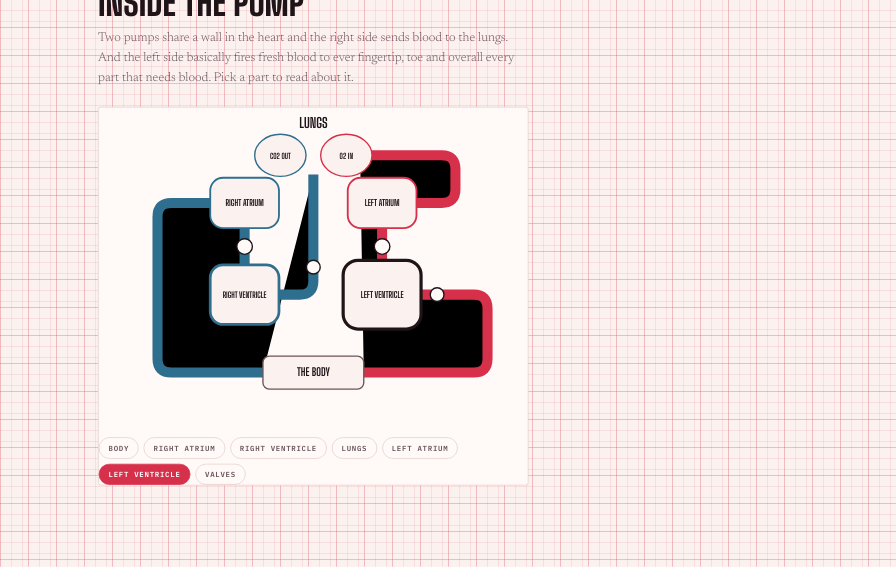
Repository: manayparikh1/PulseBeat
Page: index.html
These files come from the project's save history. The page is drawn as it stood at one moment and after the next save; the edit follows.
The browser window is 1280 px wide. The pictures show the part of the page from y = 1201 to 3121 px (the page is 2011 px tall before and 3121 px after), at 70% of full size.

Above is the page before, as saved 2026-09-06 13:03:09.

After the next save:
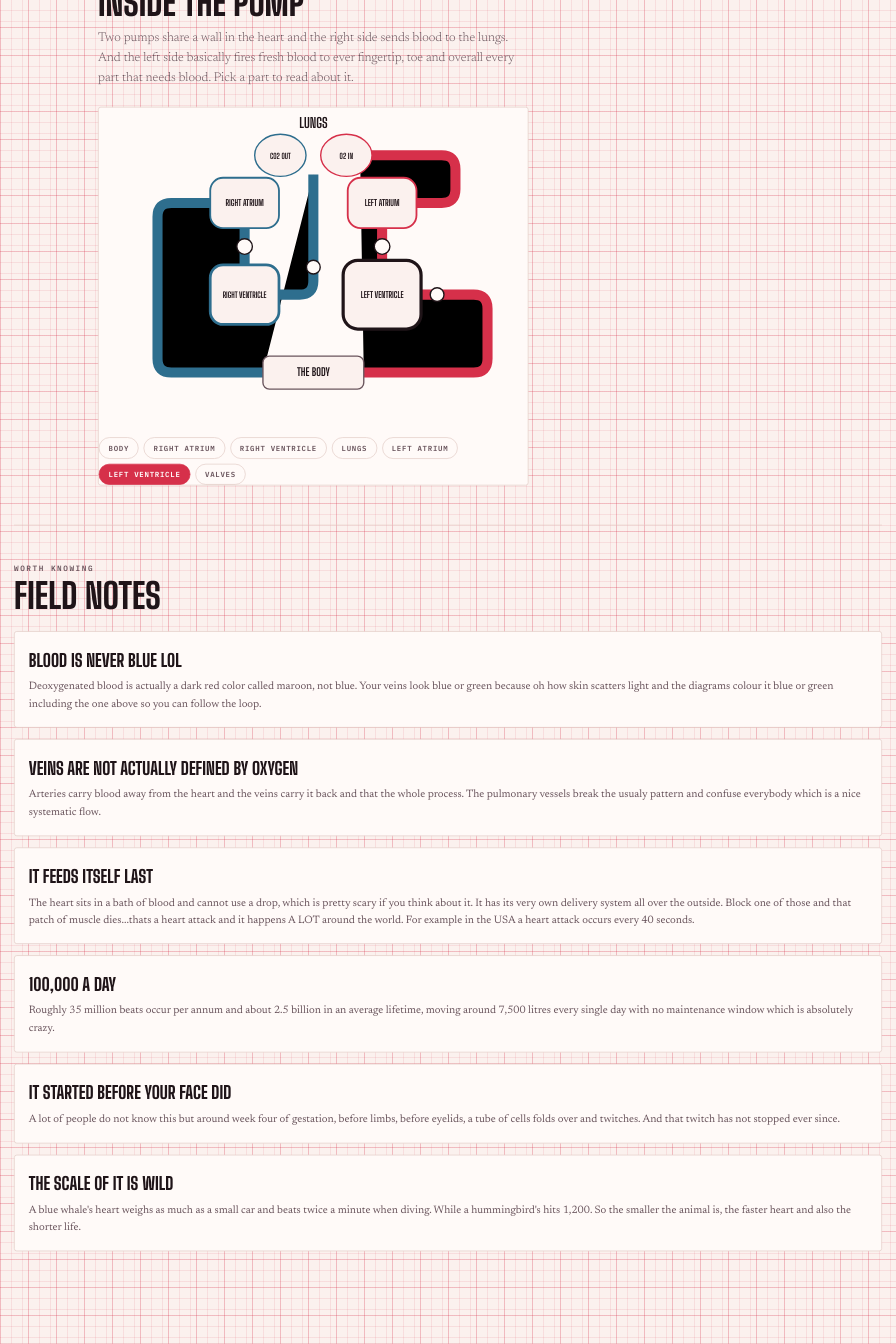
Saved 22 h 42 min later.
--- a/index.html
+++ b/index.html
@@ -704,3 +704,46 @@
     </checked>
 
     <!-- =====Facts=====-->
+    <section>
+        <p class="eyebrow">Worth Knowing</p>
+        <h2>Field notes</h2>
+        <div class="facts">
+            <div class="card fact">
+                <h4>Blood is never blue lol</h4>
+                <p>Deoxygenated blood is actually a dark red color called maroon, not blue. Your veins look blue or
+                    green because oh how skin scatters light and the diagrams colour it blue or green including the one
+                    above so you can follow the loop.</p>
+            </div>
+            <div class="card fact">
+                <h4>Veins are not actually defined by oxygen</h4>
+                <p>Arteries carry blood away from the heart and the veins carry it back and that the whole process. The
+                    pulmonary vessels break the usualy pattern and confuse everybody which is a nice systematic flow.
+                </p>
+            </div>
+            <div class="card fact">
+                <h4>It feeds itself last</h4>
+                <p>The heart sits in a bath of blood and cannot use a drop, which is pretty scary if you think about it.
+                    It has its very own delivery system all over the outside. Block one of those and that patch of
+                    muscle dies...thats a heart attack and it happens A LOT around the world. For example in the USA a
+                    heart attack occurs every 40 seconds.</p>
+            </div>
+            <div class="card fact">
+                <h4>100,000 a day</h4>
+                <p>Roughly 35 million beats occur per annum and about 2.5 billion in an average lifetime, moving around
+                    7,500 litres every single day with no maintenance window which is absolutely crazy.</p>
+            </div>
+            <div class="card fact">
+                <h4>It started before your face did</h4>
+                <p>A lot of people do not know this but around week four of gestation, before limbs, before eyelids, a
+                    tube of cells folds over and twitches. And that twitch has not stopped ever since.</p>
+            </div>
+            <div class="card fact">
+                <h4>The scale of it is wild</h4>
+                <p>A blue whale's heart weighs as much as a small car and beats twice a minute when diving. While a
+                    hummingbird's hits 1,200. So the smaller the animal is, the faster heart and also the shorter life.
+                </p>
+            </div>
+        </div>
+        </div>
+    </section>
+    <!-- =====QUIZ===== -->
